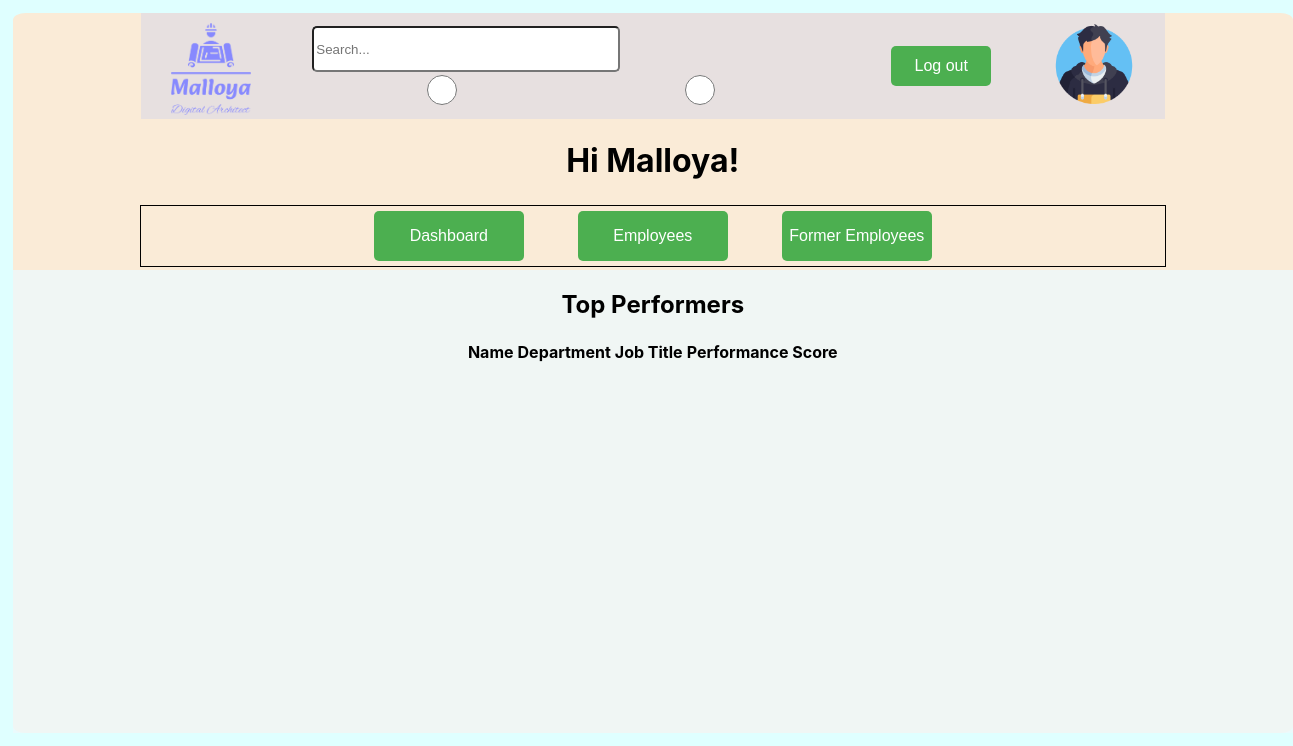
Repository: SbuKhoza/register
Page: /
The author's editor kept a copy of each file at every save. The page is drawn from the files as they stood at one save, then again after the next save.
The browser window is 1280 px wide. The page is 1293 px wide, so the pictures cover 1293 px, including what lies to the right of the window. The pictures show the whole page.
The project was rebuilt for these pictures with package versions that can differ from the ones it lists, and the page was loaded fresh each time.

Above is the page before, as saved 2024-07-18 12:28:23.

After the next save:
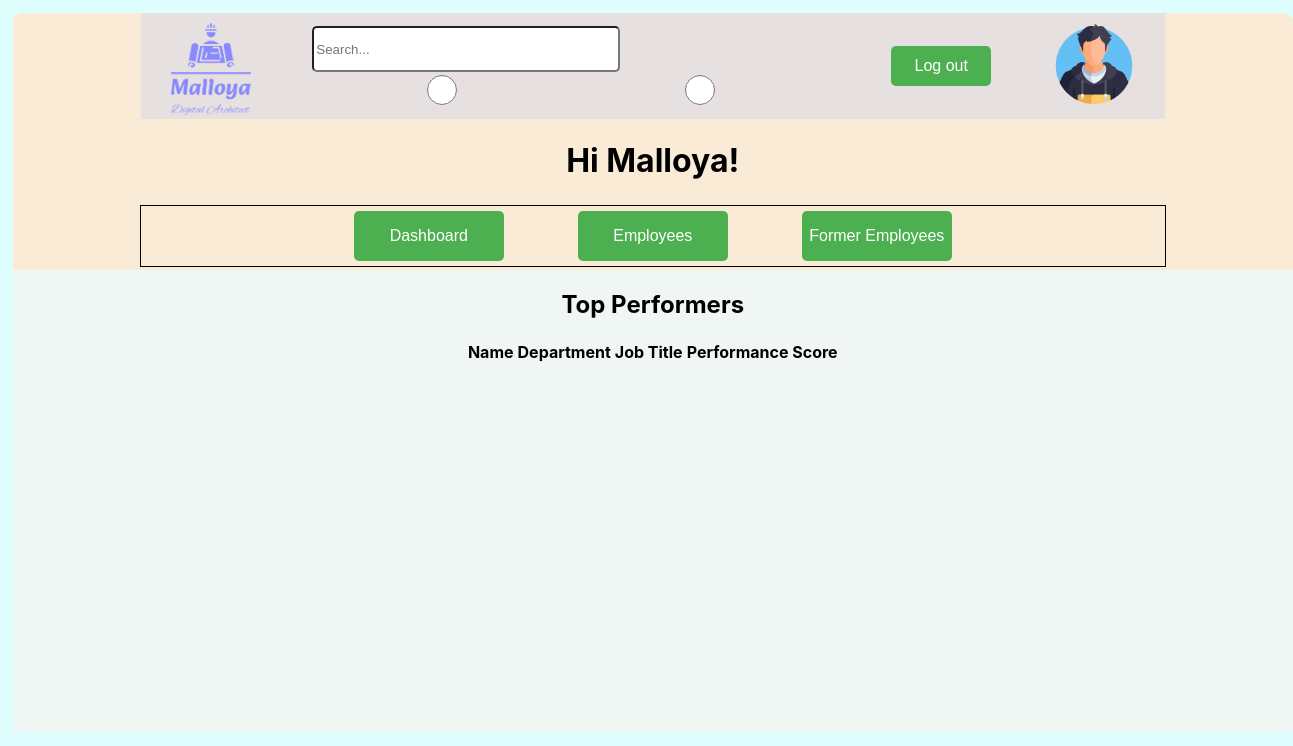
Saved 3 min 26 s later.
--- a/src/Home.css
+++ b/src/Home.css
@@ -99,7 +99,7 @@ nav {
     display: flex;
     justify-content: center;
     align-items: center;
-    gap:50px;
+    gap:70px;
 
 }
 
